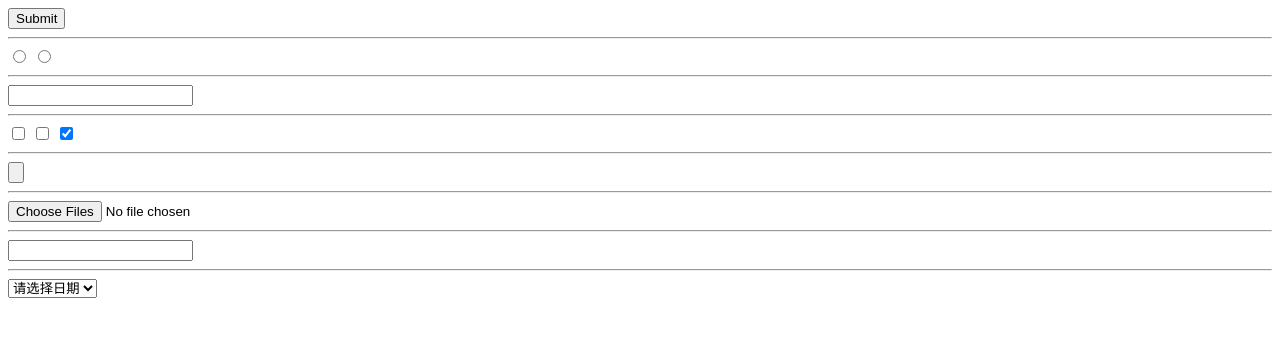
Repository: Lixianlai-2/html-demo-1
Page: input.html
The author's editor kept a copy of each file at every save. The page is drawn from the files as they stood at one save, then again after the next save.
The browser window is 1280 px wide. The pictures show the whole page.

Above is the page before, as saved 2021-11-27 23:11:09.

After the next save:
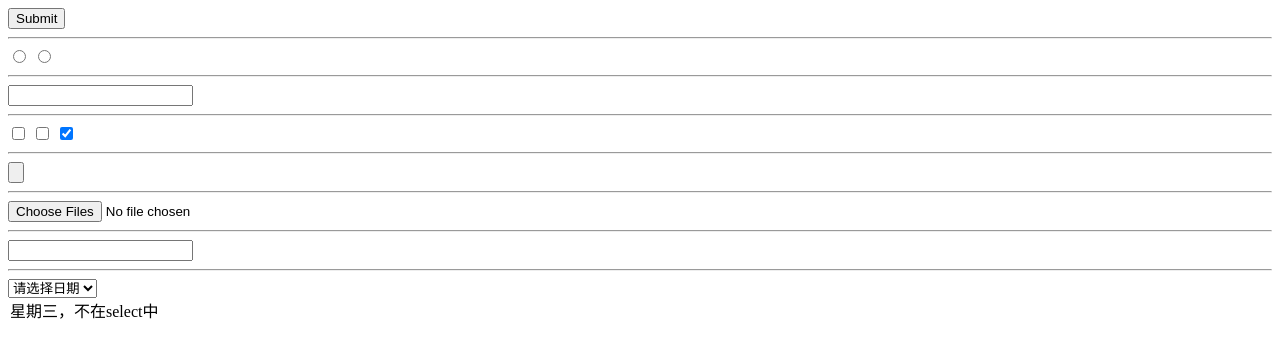
Saved 22 s later.
--- a/input.html
+++ b/input.html
@@ -31,7 +31,7 @@
         <option value="2">星期二</option>
       </select>
 
-      <option value=""></option>
+      <option value="">星期三，不在select中</option>
     </form>
   </body>
 </html>
